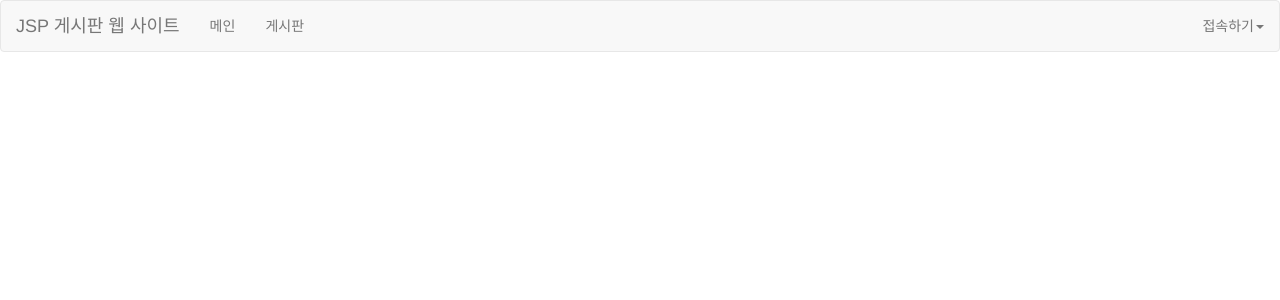
Repository: JoYuKang/Clone_Code
Page: http://localhost/BBS/join.jsp
An editor plug-in stored every save of this project. The page is shown before and after the next save, followed by the edit.
The browser window is 1280 px wide. The pictures show the whole page.
Some web libraries are served in a nearby version. The page is served by Tomcat 9. Other server files are loaded and not shown.

Above is the page before, as saved 2021-01-16 15:49:06.

### 게시판/JSP/project/BBS/WebContent/join.jsp
<%@ page language="java" contentType="text/html; charset=UTF-8"
    pageEncoding="UTF-8"%>
<!DOCTYPE html>
<html>
<head>
<meta http-equiv="Cotent-type" content="text/html"; charset="UTF-8">
<meta name="viewport" content="width=device-width", initial-scale="1">
<link rel="stylesheet" href="css/bootstrap.css">
<title>JSP 웹 게시판</title>
</head>
<body>
	<nav class="navbar navbar-default">
		<div class="navbar-header">
			<button type="button" class="navbar-toggle collapsed"
			data-toggle="collapse"  data-target="#bs-example-navbar-collapse-1"
			aria-expanded="false">
			<span class="icon-bar"></span>
			<span class="icon-bar"></span>
			<span class="icon-bar"></span>
			</button>
			<a class="navbar-brand" href="main.jsp">JSP 게시판 웹 사이트</a>
		</div>
		<div class="collapse navbar-collapse" id="bs-example-navbar-collapse-1">
			<ul class="nav navbar-nav">
				<li><a href="main.jsp">메인</a></li>
				<li><a href="bbs.jsp">게시판</a></li>
			</ul>
			<ul class="nav navbar-nav navbar-right">
				<li class="dropdown">
					<a href="#" class="dropdown-toggle"
					data-toggle="dropdown" role="button" aria-haspopup="true"
					aria-expanded="false">접속하기<span class="caret"></span></a>
					<ul class="dropdown-menu">
						<li class="active"><a href="login.jsp">로그인</a></li>
						<li><a href="join.jsp">회원가입</a></li>
					</ul>
				</li>
			</ul>
		</div>
	</nav>
	<script src="http://code.jquery.com/jquery-3.1.1.min.js"></script>
	<script src="js/bootstrap.js"></script>
</body>
</html>

Loaded but not shown: 게시판/JSP/project/BBS/WebContent/css/bootstrap.css (library); 게시판/JSP/project/BBS/WebContent/js/bootstrap.js (library)

After the next save:
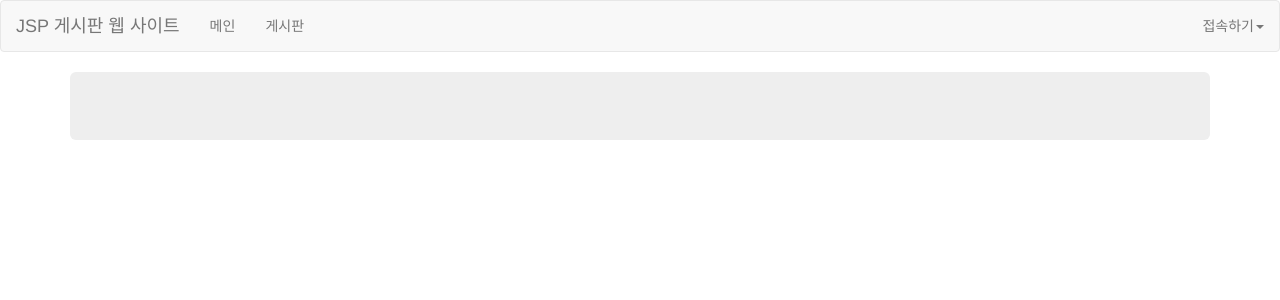
Saved 7 min 19 s later.
--- a/게시판/JSP/project/BBS/WebContent/join.jsp
+++ b/게시판/JSP/project/BBS/WebContent/join.jsp
@@ -38,6 +38,13 @@
 			</ul>
 		</div>
 	</nav>
+	<div class="container">
+		<div class="col-lg-4"></div>
+		<div class="jumbotron" style="padding-top:20px;">
+			<form method="post" action="loginAction.jsp"></form>
+		</div>
+		<div class="col-lg-4"></div>
+	</div>
 	<script src="http://code.jquery.com/jquery-3.1.1.min.js"></script>
 	<script src="js/bootstrap.js"></script>
 </body>
